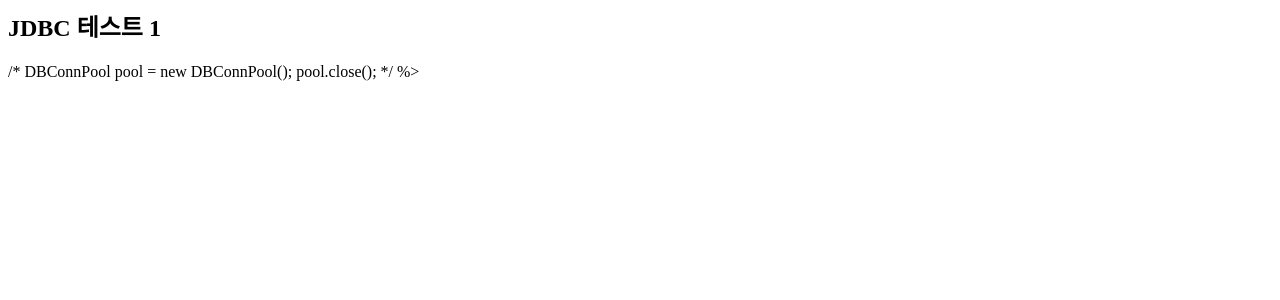
Repository: ljw971125/JSP_Study
Page: http://localhost/Final_Project/05JDBC/ConnectionTest.jsp
These files come from the project's save history. The page is drawn as it stood at one moment and after the next save; the edit follows.
The browser window is 1280 px wide. The pictures show the whole page.
The page is served by Tomcat 9.

Above is the page before, as saved 2023-04-24 00:46:40.

After the next save:
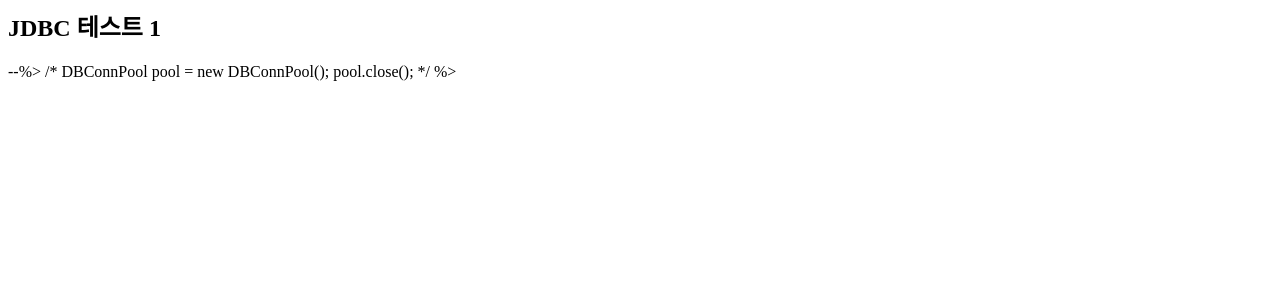
Saved 21 s later.
--- a/WEB_STUDY/Final_Project/WebContent/05JDBC/ConnectionTest.jsp
+++ b/WEB_STUDY/Final_Project/WebContent/05JDBC/ConnectionTest.jsp
@@ -11,7 +11,7 @@
     jdbc1.close();
     %>
 
-<%--     <h2>JDBC 테스트 2</h2>
+<%-- <%--     <h2>JDBC 테스트 2</h2>
     <%
   	String driver = application.getInitParameter("OracleDriver");
     String url = application.getInitParameter("OracleURL");
@@ -28,7 +28,7 @@
     jdbc3.close();
     %>
     <h2>커넥션 풀 테스트</h2>
-    <% --%>
+    <% --%> --%>
 /*     DBConnPool pool = new DBConnPool();
     pool.close(); */
     %>
